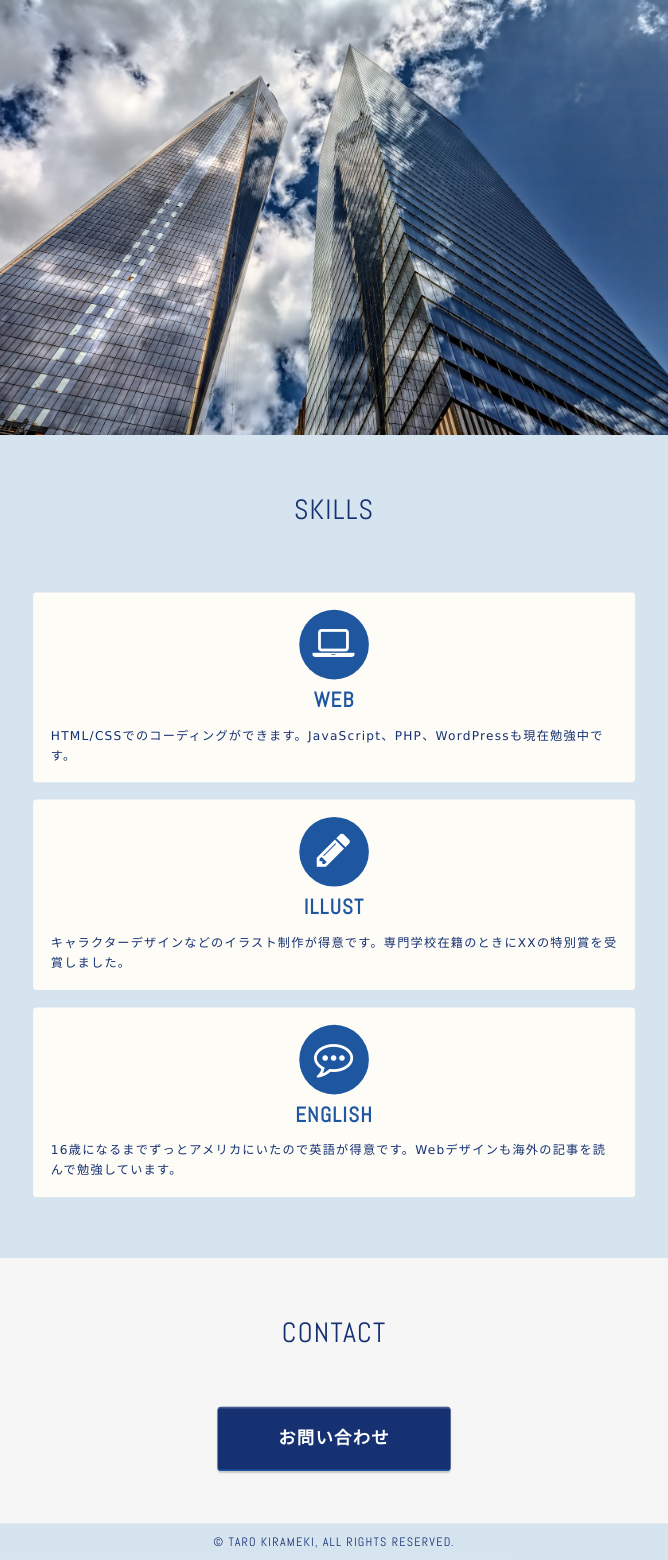
Repository: ryutaro-tsukamoto/responsive-site
Page: index.html
The author's editor kept a record of every edit. The page is drawn from the files as they stood at one moment, then again after the next edit.
The browser window is 768 px wide. The pictures show the whole page, at 87% of full size.
Some web libraries are served in a nearby version.

Above is the page before.

### index.html
<!DOCTYPE html>
<html lang="ja">
  <head>
    <meta charset="utf-8">
    <meta name="viewport" content="width=device-width,initial-scale=1">
    <title>レスポンシブデザイン</title>

    <link rel="stylesheet" href="https://cdnjs.cloudflare.com/ajax/libs/meyer-reset/2.0/reset.css">
    <link rel="stylesheet" href="./css/style.css">
    <link rel="stylesheet" href="https://maxcdn.bootstrapcdn.com/font-awesome/4.6.1/css/font-awesome.min.css">
  </head>
  <body><!--header-->
    <header>

        <div class="main-img"></div>


    </header><!--contents-->
    <main><!--skills-->
      <section id="skills">
        <h2 class="text-center">Skills</h2>
        <div class="container">
          <div class="skill-box"><i aria-hidden="true" class="skill-icon fa fa-laptop"></i>
            <h3 class="text-center">Web</h3>
            <p>HTML/CSSでのコーディングができます。JavaScript、PHP、WordPressも現在勉強中です。</p>
          </div>
          <div class="skill-box"><i aria-hidden="true" class="skill-icon fa fa-pencil"></i>
            <h3 class="text-center">Illust</h3>
            <p>キャラクターデザインなどのイラスト制作が得意です。専門学校在籍のときにXXの特別賞を受賞しました。</p>
          </div>
          <div class="skill-box"><i aria-hidden="true" class="skill-icon fa fa-commenting-o"></i>
            <h3 class="text-center">English</h3>
            <p>16歳になるまでずっとアメリカにいたので英語が得意です。Webデザインも海外の記事を読んで勉強しています。</p>
          </div>
        </div>
      </section><!--works-->

      <section id="contact">
        <h2 class="text-center">Contact</h2>
          <div class="test"><a href="#" class="square_btn">お問い合わせ</a></div>
      </section>
    </main><!--footer-->
    <footer><small class="text-center abel uppercase">&copy; Taro Kirameki, All Rights Reserved.</small></footer>
  </body>
</html>

### css/style.css
@charset "UTF-8";    /* 文字コードの指定 */

@import 'https://fonts.googleapis.com/css?family=Abel';    /* Google Fonts用のCSSを読み込み */

html
{
    font-size: 62.5%;
}

body
{
    font-family: '游ゴシック', YuGothic, 'メイリオ', Verdana, 'Hiragino Kaku Gothic ProN', Meiryo, sans-serif;
    font-size: 1.4rem;
    line-height: 1.6;
    letter-spacing: .1em;
    color: #163172;
    background-color: #f6f6f6;
}

a
{
    text-decoration: none;

    color: #14c0c9;
}
a:visited
{
    color: #fff;
}
a:hover
{
    color: #0f949b;7
}
a:active
{
    color: #16d6e0;
}
a:hover
{
    text-decoration: underline;
}

.text-center
{
    text-align: center;
}

.block-center,
section .container,
#skills i
{
    display: block;
    margin-right: auto;
    margin-left: auto;
}

.abel,
section h2,
#skills h3,
#works .works-box a .works-box-inner .button-readmore
{
    font-family: 'Abel', sans-serif;
}

.uppercase,
section h2,
#skills h3,
#works .works-box a .works-box-inner .button-readmore
{
    text-transform: uppercase;
}
.button-contact
{
    font-size: 20px;
    line-height: 0;
    display: block;
    float: right;
    width: 20px;
    height: 20px;
    margin: 20px 20px 0 0;
    padding: 10px;
    text-align: center;
    color: #4c4c4c;
    border: 2px solid #4c4c4c;
    -webkit-border-radius: 4px;
       -moz-border-radius: 4px;
            border-radius: 4px;
}
.button-contact:visited
{
    color: #4c4c4c;
}
.button-contact:hover,
.button-contact:active
{
    color: #fff;
    background-color: #4c4c4c;
}

header .main-img
{
    background-image: url(../images/img1.jpg);
    width: 100%;
    height: 500px;
    background-size: cover;
    background-position: center center;
}
header .site-title
{
    font-size: 1.8rem;
    line-height: normal;
}
header .site-title span
{
    font-size: 4.2rem;
    display: block;

    color: #163172;
}
header .profile-icon
{
    margin: 30px auto;
    -webkit-border-radius: 50%;
       -moz-border-radius: 50%;
            border-radius: 50%;
}
header p
{
    font-size: 1.6rem;
}
section
{
    padding: 60px 0;
}
section .container
{
    width: 90%;
}
section h2
{
    font-size: 3.2rem;
}
#skills
{
    background-color: #D6E4F0;
}

#skills .container
{
    display: -webkit-flex;
    display: flex;
    justify-content: space-between;
    -webkit-flex-direction: column;
    flex-direction: column; }
}
#skills h2
{
    margin-bottom: 60px;
    color: #163172;
}
#skills .skill-box
{
    -webkit-box-sizing: border-box;
       -moz-box-sizing: border-box;
            box-sizing: border-box;
    -webkit-flex: 1;
            flex: 1;
    margin: 10px 0;
    padding: 20px;
    -webkit-border-radius: 4px;
       -moz-border-radius: 4px;
            border-radius: 4px;
    background-color: #fdfcf6;
    box-sizing: border-box;
}
#skills i
{
    font-size: 4.5rem;
    -webkit-box-sizing: border-box;
       -moz-box-sizing: border-box;
            box-sizing: border-box;
    width: 80px;
    height: 80px;
    margin-bottom: 5px;
    padding-top: 15px;
    text-align: center;
    color: #fff;
    -webkit-border-radius: 50%;
       -moz-border-radius: 50%;
            border-radius: 50%;
    background-color: #1E56A0;
}
#skills h3
{
    font-size: 2.4rem;
    font-weight: bold;
    margin-bottom: 10px;
    color: #1E56A0;
}
.text-center{
        margin-bottom: 60px;


}
.square_btn {
    position: relative;
    display: inline-block;
    padding: 1.0em 3.5em;
    text-decoration: none;
    color: #FFF;
    background: #163172;/*背景色*/
    border-bottom: solid 2px #1E56A0;/*少し濃い目の色に*/
    border-radius: 4px;/*角の丸み*/
    box-shadow: inset 0 2px 0 rgba(255,255,255,0.2), 0 2px 2px rgba(0, 0, 0, 0.19);
    font-weight: bold;
    font-size: 20px
}

.test{
    text-align : center ;
}

footer
{
    padding: 10px 0;
    text-align: center;
    color: #163172;
    background-color: #D6E4F0;
}
@media (min-width: 769px) {
#skills .container {
    -webkit-flex-direction: row;
    flex-direction: row;
    justify-content: space-between; }
#skills .skill-box {
    margin: 0 10px; }

}

After the next edit:
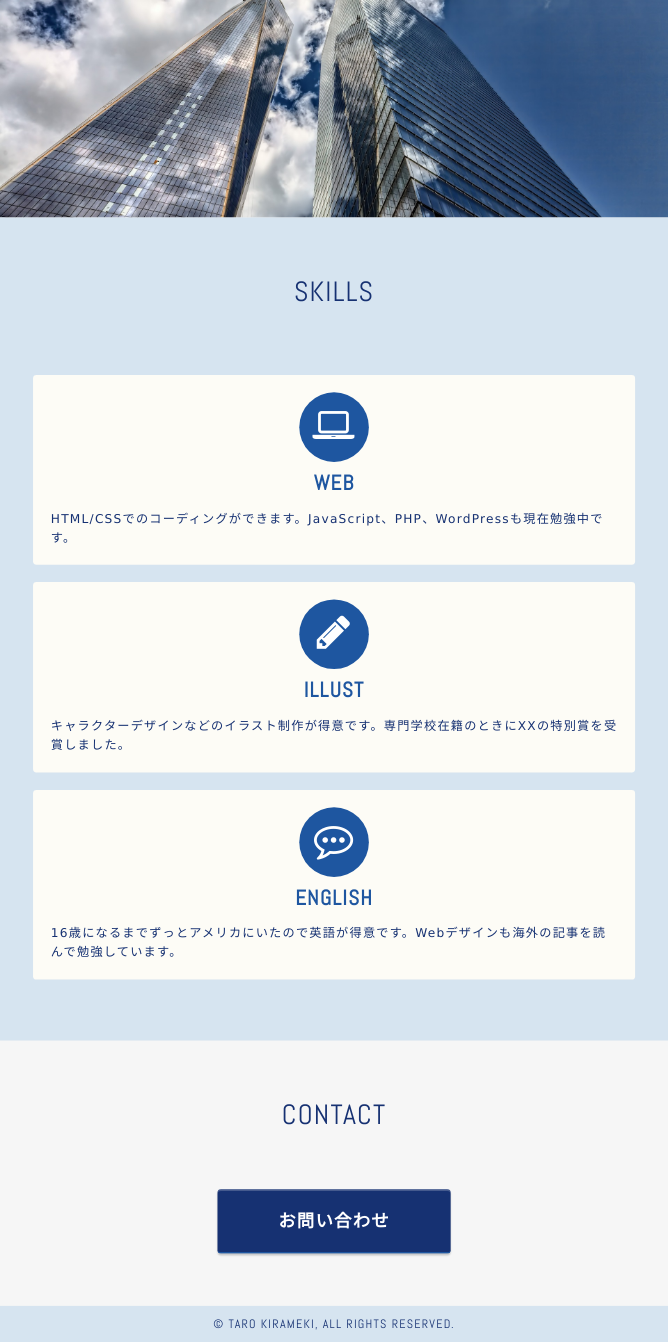
The edit:
--- a/css/style.css
+++ b/css/style.css
@@ -236,3 +236,9 @@ footer
     margin: 0 10px; }
 
 }
+@media (max-width: 768px){
+header .main-img {
+        height: 250px;
+
+    }
+}
